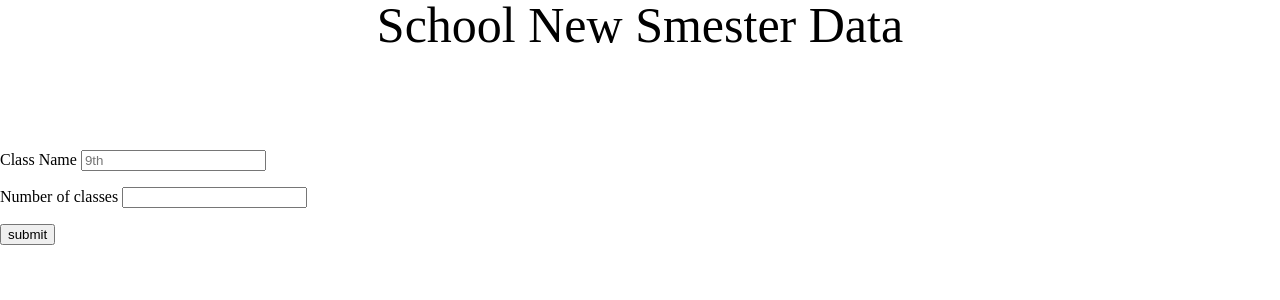
Repository: Razan-am/exam-practice
Page: index.html
The author's editor kept a copy of each file at every save. The page is drawn from the files as they stood at one save, then again after the next save.
The browser window is 1280 px wide. The pictures show the whole page.

Above is the page before, as saved 2021-05-31 00:00:52.

### index.html
<!DOCTYPE html>
<html lang="en">
<head>
    <meta charset="UTF-8">
    <meta http-equiv="X-UA-Compatible" content="IE=edge">
    <meta name="viewport" content="width=device-width, initial-scale=1.0">
    <title>Document</title>
    <link rel="stylesheet" href="css/reset.css">
    <link rel="stylesheet" href="css/style.css">
</head>
<body>
    <header>
        <h1>School New Smester Data</h1>
    </header>
    <main>
        <form action="" id="myForm">
            <fieldset>
                <label for="className">Class Name</label>
                <input type="text" id="className" name="className" placeholder="9th">
                <br/><br/>
                <label for="classNumber">
                    Number of classes
                </label>
                <input type="number" id="classNamber" name="classNumber">
                <br/><br/>
                <input type="submit" value="submit">
            </fieldset>
        </form>
        <div >
            <table id="table"></table>
        </div>
    </main>
    <footer></footer>
    <script src="js/app.js"></script>
</body>
</html>

### css/style.css
h1{
    text-align: center;
    font-size: 50px;
    margin-bottom: 100px;
}


table {
    margin-left: 250px;
}
th{
    padding-left: 20px;
}
td{
    padding-left: 20px;
}

### js/app.js
'use strict';

let myForm = document.getElementById('myForm');
let myTable = document.getElementById('table');

let headerData = ['class', 'number of classes', 'number of students for each class']

let mainArr = [];
function Myform(className, numberOfClasses) {
    this.className = className;
    this.numberOfClasses = numberOfClasses;
    this.randomNumber = 0;
    mainArr.push(this);
    setting();
}
console.log(mainArr);

function random(min, max) {
    mainArr.randomNumber = Math.floor(Math.random() * (max - min + 1)) + min;
}


myForm.addEventListener('submit', handleSubmit);

function handleSubmit(event) {
    event.preventDefault();
    let className = event.target.className.value;
    let classNumber = event.target.classNumber.value;
    new Myform(className, classNumber);
    render();
}

let headerEl = document.createElement('tr');
myTable.appendChild(headerEl);
function render() {
    // myTable.textContent='';
    let tBody = document.createElement('tr');
    myTable.appendChild(tBody);
    for (let index = 0; index < mainArr.length; index++) {
        headerEl.textContent = '';
        tBody.textContent='';
        for (let i = 0; i < headerData.length; i++) {
            let thEl = document.createElement('th');
            headerEl.appendChild(thEl);
            thEl.textContent = `${headerData[i]}`
        }
        let td1 = document.createElement('td');
        tBody.appendChild(td1);
        td1.textContent = `${mainArr[index].className}`;

        let td2 = document.createElement('td');
        tBody.appendChild(td2);
        td2.textContent = `${mainArr[index].numberOfClasses}`;

        let td3 = document.createElement('td');
        tBody.appendChild(td3);
        td3.textContent = `${mainArr[index].randomNumber}`;
    }

}


function setting() {
    let data = JSON.stringify(mainArr);
    localStorage.setItem('name' , data);
}

function getting() {
    let stringObj = localStorage.getItem('name')
    let normalObj = JSON.parse(stringObj);
    if(normalObj !== null){
        mainArr = normalObj;
    }
    render();
}
getting();

Loaded but not shown: css/reset.css (common file)

After the next save:
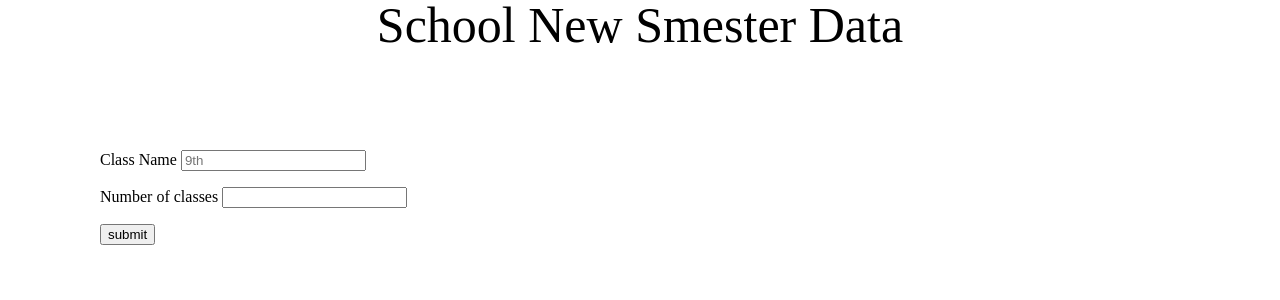
Saved 11 s later.
--- a/css/style.css
+++ b/css/style.css
@@ -4,6 +4,9 @@ h1{
     margin-bottom: 100px;
 }
 
+form{
+    margin-left: 100px;
+}
 
 table {
     margin-left: 250px;
